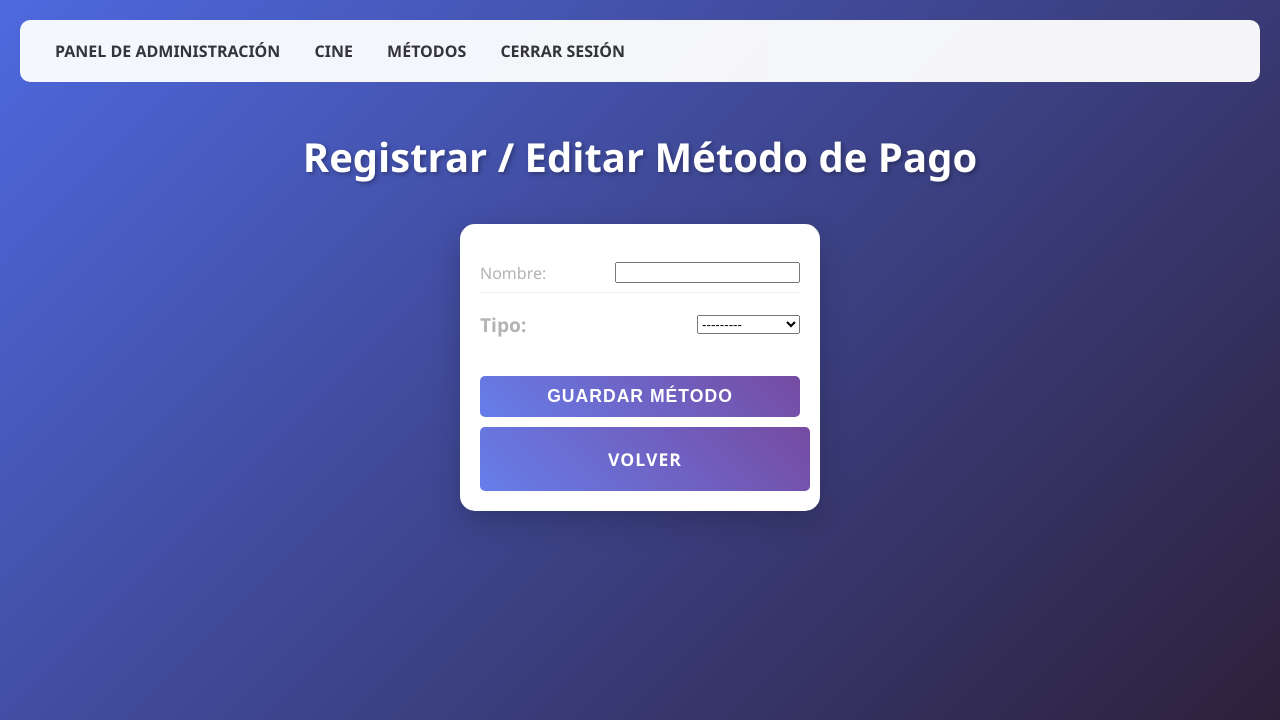
Repository: RoyScc/Practico-Django
Page: http://localhost/metodos/crear
An editor plug-in stored every save of this project. The page is shown before and after the next save, followed by the edit.
The browser window is 1280 px wide. The pictures show the whole page.
The page is served by the project's application, run on Django 5.2 (manage.py). A made-up administrator, testuser (Test User, test@example.com), is signed in. Other server files are loaded and not shown.

Above is the page before, as saved 2026-06-03 10:20:59.

### tickets/templates/tickets/crear_metodo_pago.html
{% extends 'tickets/base.html' %}

{% block title %}Método de Pago{% endblock %}

{% block body %}
    <h1>Registrar / Editar Método de Pago</h1>
    <div class="cartelera">
        <div class="ticket-item2">
           <form method="POST">
            {% csrf_token %}
            <p>
                {{ form.nombre.label_tag }}
                {{ form.nombre }}
            </p>

            <p>
                {{ form.tipo.label_tag }}
                {{ form.tipo }}
            </p>

            <div id="banco-container">
                <p>
                    {{ form.banco.label_tag }}
                    {{ form.banco }}
                </p>
            </div>

            <div id="tarjeta-container">
                <p>
                    {{ form.tarjeta.label_tag }}
                    {{ form.tarjeta }}
                </p>
            </div>

            <div id="qr-container">
                <p>
                    {{ form.qr.label_tag }}
                    {{ form.qr }}
                </p>
            </div>
                <button type="submit" style="padding: 10px; background-color: #4CAF50; color: white; border: none; border-radius: 5px; cursor: pointer;">
                    Guardar Método
                </button>
            </form>
            <a class="button" style="background-color: #4CAF50; color: white; border: none; border-radius: 5px; cursor: pointer;" href="{% url 'lista_metodos' %}">Volver</a>
        </div>
    </div>
    <br>
    <script>
document.addEventListener('DOMContentLoaded', function() {

    const tipo = document.getElementById('id_tipo');

    const banco = document.getElementById('banco-container');
    const tarjeta = document.getElementById('tarjeta-container');
    const qr = document.getElementById('qr-container');

    function actualizarFormulario() {

        banco.style.display = 'none';
        tarjeta.style.display = 'none';
        qr.style.display = 'none';

        if (tipo.value === 'BANCO') {
            banco.style.display = 'block';
            tarjeta.style.display = 'block';
        }

        if (tipo.value === 'QR') {
            qr.style.display = 'block';
        }
    }

    actualizarFormulario();
    tipo.addEventListener('change', actualizarFormulario);
});
</script>

{% endblock %}

### tickets/templates/tickets/base.html
{% load static %}

<!DOCTYPE html>
<html lang="es">
<head>
    <meta charset="UTF-8">
    <meta name="viewport" content="width=device-width, initial-scale=1.0">

    <link rel="stylesheet" href="{% static 'tickets/styles.css' %}">

    <link rel="icon" href="{% static 'tickets/images/cine.png' %}" type="image/png">

    <title>{% block title %}Tickets{% endblock %}</title>
</head>

<body>

    <!-- NAVBAR -->
    {% if not hide_nav %}
    <nav class="navbar2">

        <!-- SIEMPRE visible -->
         <a href="/admin/" target="_blank">
            Panel de administración
        </a>
        <a href="{% url 'cine' %}">
            Cine
        </a>

        <!-- SOLO USUARIO LOGUEADO -->
        {% if user.is_authenticated %}

            {% if request.path != '/metodos/' %}
                <a href="{% url 'lista_metodos' %}">
                    Métodos
                </a>
            {% endif %}

            {% if request.path != '/metodos/crear' %}
            <a href="{% url 'crear_metodo_pago' %}">
                Crear método de pago
            </a>
            {% endif %}


            <a href="{% url 'logout' %}">
                Cerrar sesión
            </a>

        {% else %}

            <a href="{% url 'login' %}">
                Login
            </a>

            <a href="{% url 'register' %}">
                Registro
            </a>

        {% endif %}

    </nav>
    {% endif %}

    <!-- CONTENIDO -->
    <main>
        {% block body %}
        {% endblock %}
    </main>

</body>
</html>

### tickets/forms.py
from django import forms
from django.shortcuts import render, redirect
from django.contrib.auth import login
from .models import MetodoPago

from django.contrib.auth.forms import UserCreationForm
from django.contrib.auth.models import User

def register_view(request):

    if request.method == "POST":
        form = RegistroForm(request.POST)

        if form.is_valid():
            user = form.save()
            login(request, user)
            return redirect("index")

    else:
        form = RegistroForm()

    return render(request, "tickets/register.html", {
        "form": form,
        "hide_nav": True
    })
class RegistroForm(UserCreationForm):
    class Meta:
        model = User
        fields = ['username', 'password1', 'password2']

class MetodoPagoForm(forms.ModelForm):
    class Meta:
        model = MetodoPago
        fields = '__all__'

### tickets/models.py
from django.db import models

# Create your models here.
class Tickets(models.Model):
    tipo = models.CharField(max_length=100)
    nombre = models.CharField(max_length=100)
    fecha = models.DateField()
    ubicacion = models.CharField(max_length=100)
    precio = models.IntegerField()
    metodo_pago = models.ForeignKey(
        'MetodoPago',
        on_delete=models.CASCADE,
        null=True,
        blank=True
    )

    imagen = models.ImageField(upload_to='images/', null=True, blank=True)

    def __str__(self):
        return f"Película: {self.nombre}"

class MetodoPago(models.Model):
    TIPOS = [
        ('EFECTIVO', 'Efectivo'),
        ('TRANSFERENCIA', 'Transferencia'),
        ('BANCO', 'Banco'),
        ('QR', 'QR'),
    ]

    TARJETAS = [
        ('CREDITO', 'Crédito'),
        ('DEBITO', 'Débito'),
    ]

    nombre = models.CharField(max_length=100)

    tipo = models.CharField(
        max_length=20,
        choices=TIPOS
    )

    banco = models.CharField(
        max_length=50,
        null=True,
        blank=True
    )

    tarjeta = models.CharField(
        max_length=20,
        choices=TARJETAS,
        null=True,
        blank=True
    )

    qr = models.ImageField(
        upload_to='qr/',
        null=True,
        blank=True
    )

    def __str__(self):
        return f"Metodo de pago: {self.nombre}"

# class Categoria(models.Model):
#     nombre = models.CharField(max_length=100)
#     # pelicula = models.ForeignKey(
#     #     'Pelicula',
#     #     on_delete=models.CASCADE,
#     #     null=False,
#     #     blank=False
#     #     )

#     def __str__(self):
#         return f"Categoria: {self.nombre}"

# class Pelicula (models.Model):
#     titulo = models.CharField(max_length=100)
#     descripcion = models.TextField()
#     duracion = models.IntegerField()
#     categoria = models.ForeignKey(
#         'Categoria',
#         on_delete=models.CASCADE,
#         null=False,
#         blank=False
#         )
#     # categoria = models.ManyToManyField(
#     #     'Categoria',
#     #     default=None,
#     #     blank=True,
#     #     related_name="categorias",
#     # )

#     def __str__(self):
#         return f"Pelicula: {self.titulo}"

### tickets/views.py
from django.shortcuts import render, redirect
from .models import Tickets, MetodoPago
from .forms import MetodoPagoForm
from django.contrib.auth.decorators import login_required
from django.contrib.auth import login, logout
from django.contrib.auth.forms import AuthenticationForm
from django.contrib.auth import authenticate
from .forms import RegistroForm

# Create your views here.

# def index(request):
#     tickets = Tickets.objects.filter(tipo="cine")
#     return render(request, 'tickets/index.html', {'tickets': tickets})
def cine(request):
    tickets = Tickets.objects.filter(tipo__icontains="cine")
    return render(request, 'tickets/cine.html', {'tickets': tickets})

@login_required
def tickets(request):
    todos_los_tickets = Tickets.objects.all()
    return render(request, 'tickets/todos_los_tickets.html', {'tickets': todos_los_tickets})

@login_required
def crear_metodo_pago(request):
    if request.method == 'POST':
        form = MetodoPagoForm(request.POST)
        if form.is_valid():
            form.save()
            return redirect('lista_metodos')
    else:
        form = MetodoPagoForm()
    return render(request, 'tickets/crear_metodo_pago.html', {'form': form})

from django.shortcuts import get_object_or_404

@login_required
def lista_metodos_pago(request):
    metodos = MetodoPago.objects.all()
    return render(request, 'tickets/lista_metodos.html', {'metodos': metodos})

@login_required
def editar_metodo(request, id):
    metodo = get_object_or_404(MetodoPago, id=id)
    if request.method == 'POST':
        form = MetodoPagoForm(request.POST, instance=metodo)
        if form.is_valid():
            form.save()
            return redirect('lista_metodos')
    else:
        form = MetodoPagoForm(instance=metodo)
    return render(request, 'tickets/crear_metodo_pago.html', {'form': form})

@login_required
def borrar_metodo(request, id):
    metodo = get_object_or_404(MetodoPago, id=id)
    if request.method == 'POST':
        metodo.delete()
        return redirect('lista_metodos')
    return render(request, 'tickets/borrar_metodo.html', {'metodo': metodo})

#Registro de usuarios
def register_view(request):
    if request.method == 'POST':
        form = RegistroForm(request.POST)

        if form.is_valid():
            user = form.save()
            login(request, user)
            return redirect('cine')

    else:
        form = RegistroForm()

    return render(request, 'tickets/register.html', {
        'form': form,
        'hide_nav': True
    })


#Login de usuarios
def login_view(request):

    if request.method == 'POST':
        form = AuthenticationForm(data=request.POST)

        if form.is_valid():
            user = form.get_user()
            login(request, user)
            return redirect('cine')

    else:
        form = AuthenticationForm()

    return render(request, 'tickets/login.html', {
        'form': form,
        'hide_nav': True
    })


# LOGOUT
def logout_view(request):
    logout(request)
    return redirect('login')

### TicketERA/urls.py
"""
URL configuration for TicketERA project.

The `urlpatterns` list routes URLs to views. For more information please see:
    https://docs.djangoproject.com/en/6.0/topics/http/urls/
Examples:
Function views
    1. Add an import:  from my_app import views
    2. Add a URL to urlpatterns:  path('', views.home, name='home')
Class-based views
    1. Add an import:  from other_app.views import Home
    2. Add a URL to urlpatterns:  path('', Home.as_view(), name='home')
Including another URLconf
    1. Import the include() function: from django.urls import include, path
    2. Add a URL to urlpatterns:  path('blog/', include('blog.urls'))
"""
from django.contrib import admin
from django.urls import path, include
from django.conf import settings
from django.conf.urls.static import static
urlpatterns = [
    path('admin/', admin.site.urls),
    path('', include("tickets.urls"))
]
if settings.DEBUG:
    urlpatterns += static(settings.MEDIA_URL, document_root=settings.MEDIA_ROOT)

### tickets/urls.py
from django.urls import path, include

from . import views

urlpatterns = [
    #path('', views.index, name="index"),
    path('', views.cine, name="cine"),
    path('login/', views.login_view, name='login'),
    path('register/', views.register_view, name='register'),
    path('logout/', views.logout_view, name='logout'),
    path('cine/', views.cine, name="cine"),
    path('tickets/', views.tickets, name="tickets"),
    path('metodos/', views.lista_metodos_pago, name="lista_metodos"),
    path('metodos/crear', views.crear_metodo_pago, name="crear_metodo_pago"),
    path('metodos/editar/<int:id>/', views.editar_metodo, name="editar_metodo"),
    path('metodos/borrar/<int:id>/', views.borrar_metodo, name="borrar_metodo"),

]

### tickets/static/tickets/styles.css
/* Estilos generales para la página */
body {
    font-family: 'Segoe UI', Tahoma, sans-serif;
    background: linear-gradient(135deg, #4e69df 0%, #2d203a 100%);
    min-height: 100vh;
    margin: 0;
    padding: 20px;
    gap: 20px;
    display: flex;
    flex-direction: column;
    box-sizing: border-box;
    flex: 1;
}

nav{
    justify-content: space-around;
    background: white;
    opacity: 0.95;
    margin: 0;
    padding: 10px 20px;
    border-radius: 10px;

}

.navbar {
    display: flex;
    justify-content: flex-end;
    align-items: center;
}

a {
    display: inline-block;
    color: #333;
    text-decoration: none;
    font-weight: bold;
    padding: 10px 15px;
    border-radius: 5px;
    transition: background 0.3s ease;
    text-transform: uppercase;
    /*background: #686666;*/
}

a:hover {
    background: #667eea;
    color: white;
}


h1, h4 {
    color: white;
    text-align: center;
    margin-bottom: 30px;
    text-shadow: 2px 2px 4px rgba(0,0,0,0.3);
}

h1 {
    font-size: 2.5rem;
    margin-bottom: 10px;
}

h4 {
    font-size: 1.2rem;
    opacity: 0.9;
}

.cartelera {
    display: flex;
    flex-wrap: wrap;
    justify-content: center;
    gap: 40px;
    padding: 30px;
}
.ticket-item {
    background: white;
    border-radius: 15px;
    padding: 20px;

    display: flex;
    flex-direction: column;
    justify-content: space-between;

    width: 320px;
    min-height: 500px;

    box-shadow: 0 10px 30px rgba(0,0,0,0.2);

    transition: transform 0.3s ease;
}

.ticket-item2 {
    background: white;
    border-radius: 15px;
    padding: 20px;

    display: flex;
    flex-direction: column;
    justify-content: space-between;

    width: 320px;

    box-shadow: 0 10px 30px rgba(0,0,0,0.2);

    transition: transform 0.3s ease;
}

.ticket-item:hover {
    transform: translateY(-5px);
}

.ticket-item a {
    display: inline-block;
    margin-top: 10px;
}

.form {
    display: block;
    margin-top: 0em;
    unicode-bidi: isolate;
}

/* Tablet
@media (max-width: 768px) {
    .cartelera {
        gap: 15px;
        padding: 15px;
    }
}*/

/* Mobile
@media (max-width: 480px) {
    .cartelera {
        gap: 10px;
        padding: 10px;
    }

    .ticket-item {
        width: 100%;
        max-width: 300px;
    }
}*/

h3 {
    color: #fdfdfd;
    font-size: 1.5rem;
    margin-bottom: 20px;
    text-align: center;
    border-bottom: 3px solid #667eea;
    padding-bottom: 10px;
}

.h3 {
    color: #000000;
    font-size: 1.5rem;
    margin-bottom: 20px;
    text-align: center;
    border-bottom: 3px solid #667eea;
    padding-bottom: 10px;
}

p {
    color: #b3b3b3;
    font-size: 1rem;
    margin: 10px 0;
    padding: 8px 0;
    border-bottom: 1px solid #eee;
    display: flex;
    justify-content: space-between;
    align-items: center;
}

p:last-of-type {
    border-bottom: none;
    font-weight: bold;

    font-size: 1.2rem;
}

.pcartelera {
    color: #070202;
    font-size: 1rem;
    margin: 10px 0;
    padding: 8px 0;
    border-bottom: 1px solid #eee;
    display: flex;
    justify-content: space-between;
    align-items: center;
}

button {
    width: 100%;
    background: linear-gradient(45deg, #667eea, #764ba2);
    color: white;
    border: none;
    padding: 20px 20px;
    font-size: 1.1rem;
    font-weight: bold;
    border-radius: 8px;
    cursor: pointer;
    margin-top: 20px;
    transition: all 0.3s ease;
    text-transform: uppercase;
    letter-spacing: 1px;
}

button:hover {
    background: linear-gradient(45deg, #5a6fd8, #6a4190);
    transform: scale(1.05);
    box-shadow: 0 5px 15px rgba(102, 126, 234, 0.4);
}

.button {
    width: 100%;
    background: linear-gradient(45deg, #667eea, #764ba2);
    color: white;
    border: none;
    padding: 20px 5px;
    font-size: 1.1rem;
    font-weight: bold;
    border-radius: 8px;
    text-align: center;
    cursor: pointer;
    margin-top: 10px;
    transition: all 0.3s ease;
    text-transform: uppercase;
    letter-spacing: 1px;
}

.button:hover {
    background: linear-gradient(45deg, #5a6fd8, #6a4190);
    transform: scale(1.05);
    box-shadow: 0 5px 15px rgba(102, 126, 234, 0.4);
}


.ticket {
    margin-bottom: 20px;
    padding: 20px;
    border-radius: 10px;
    box-shadow: 0 5px 15px rgba(0,0,0,0.1);
    space
}

button:active {
    transform: scale(0.98);
}

.fecha-icon::before {
content: '📅 ';
margin-right: 8px;
font-weight: bold;
}

.ubicacion-icon::before {
    content: '📍';
    margin-right: 8px;
    font-weight: bold;
}

.precio-icon::before {
    content: '💵 ';
    margin-right: 8px;
    font-weight: bold;
}

/* Estilos para la sección de Login y Register */
.login-container {
    width: 400px;
    margin: 50px auto;
    padding: 30px;
    border-radius: 15px;
    background-color: #ffffff;
    color: rgb(0, 0, 0);
}
.login-container h2 {
    text-align: center;
    margin-top: 0px;
    margin-bottom: 0px;
    color: #333;
}

/*----------------------*/
.register-container {
    width: 400px;
    margin: 50px auto;
    padding: 30px;
    border-radius: 15px;
    background-color: #ffffff;
    color: rgb(0, 0, 0);
}

.form-group {
    display: flex;
    flex-direction: column;
    margin-bottom: 15px;
}

.form-group label {
    margin-bottom: 5px;
    font-weight: bold;
}

.form-group input {
    padding: 10px;
    border-radius: 8px;
    border: none;
    outline: none;
    background-color: #aaaaaa;
}

.register-container button {
    width: 100%;
    margin-top: 10px;
}

/*
.carousel {
    display: flex;
    gap: 20px;
    overflow-x: auto;
    padding: 20px;
    scroll-behavior: smooth;
}

.carousel::-webkit-scrollbar {
    height: 10px;
}

.carousel::-webkit-scrollbar-thumb {
    background: #667eea;
    border-radius: 10px;
}

.ticket-item {
    min-width: 250px;
    background: white;
    border-radius: 15px;
    padding: 15px;
    flex-shrink: 0;
    box-shadow: 0 4px 10px rgba(0,0,0,0.1);
    text-align: center;
}

.ticket-img {
    width: 100%;
    height: 300px;
    object-fit: cover;
    border-radius: 10px;
}

.ticket-empty {
    text-align: center;
    padding: 50px;
}*/

After the next save:
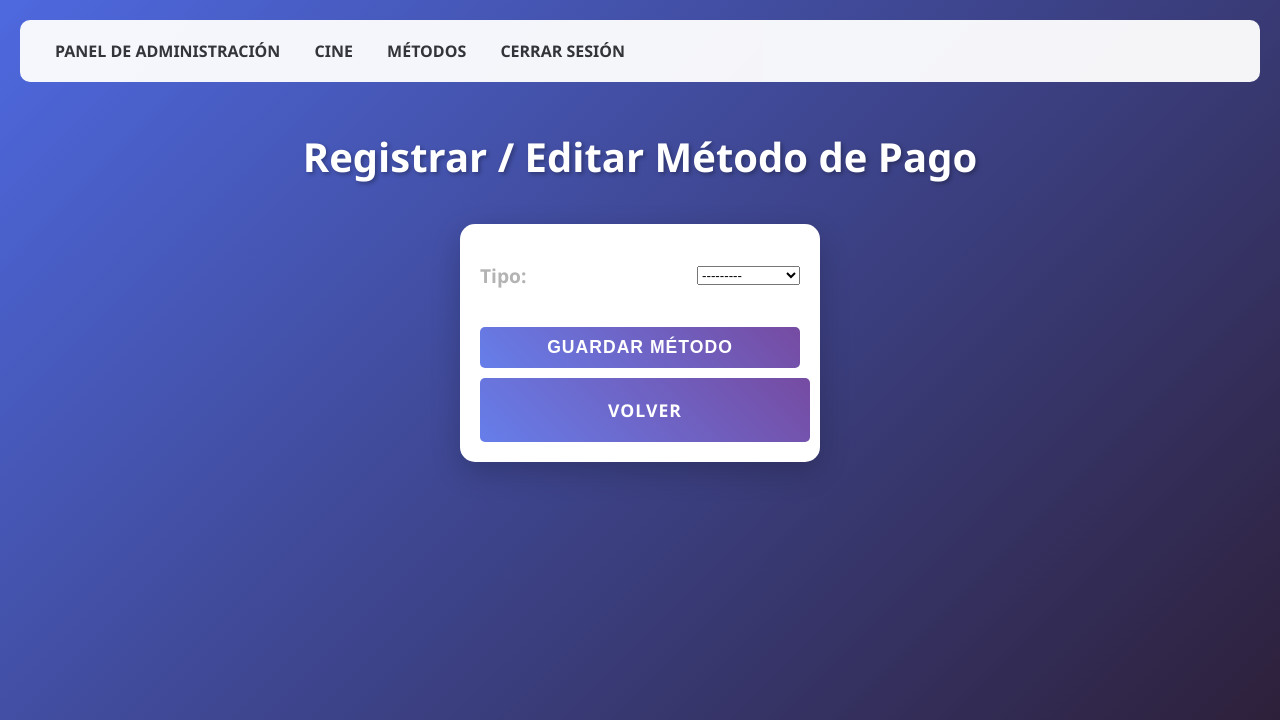
Saved 28 s later.
--- a/tickets/templates/tickets/crear_metodo_pago.html
+++ b/tickets/templates/tickets/crear_metodo_pago.html
@@ -8,11 +8,6 @@
         <div class="ticket-item2">
            <form method="POST">
             {% csrf_token %}
-            <p>
-                {{ form.nombre.label_tag }}
-                {{ form.nombre }}
-            </p>
-
             <p>
                 {{ form.tipo.label_tag }}
                 {{ form.tipo }}
